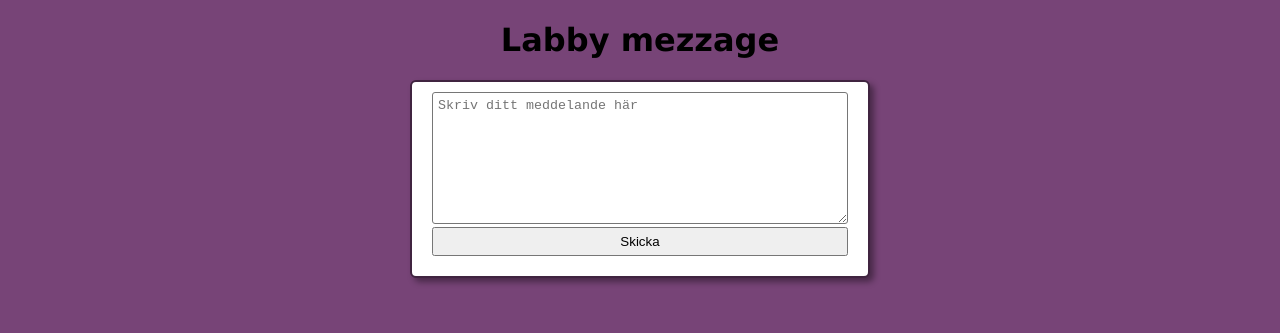
Repository: jk222rp/1dv403-laborationer
Page: 2-labbymezzage/index.html
The author's editor kept a record of every edit. The page is drawn from the files as they stood at one moment, then again after the next edit.
The browser window is 1280 px wide. The pictures show the whole page.

Above is the page before.

After the next edit:
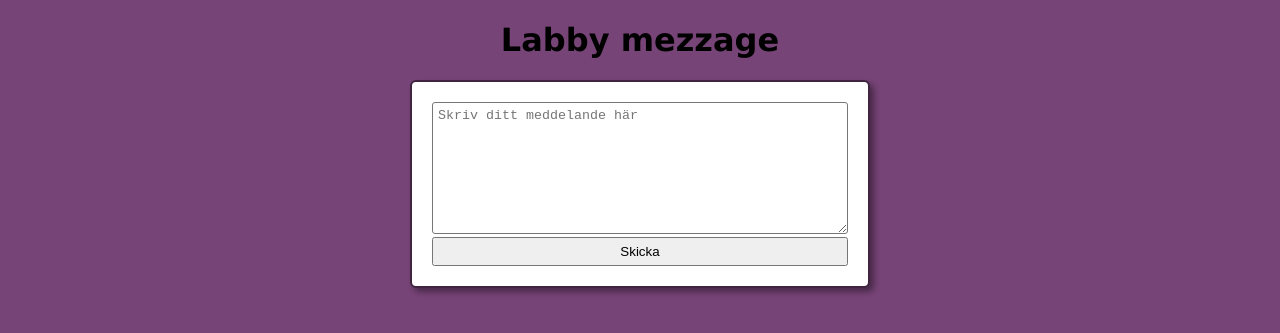
The edit:
--- a/2-labbymezzage/css/style.css
+++ b/2-labbymezzage/css/style.css
@@ -127,7 +127,7 @@
 textarea {
     border-radius: 3px;
     height: 120px;
-    margin: 0 10px;
+    margin: 10px 10px 0 10px;
     padding: 5px;
     width: calc(100% - 32px);
 }
